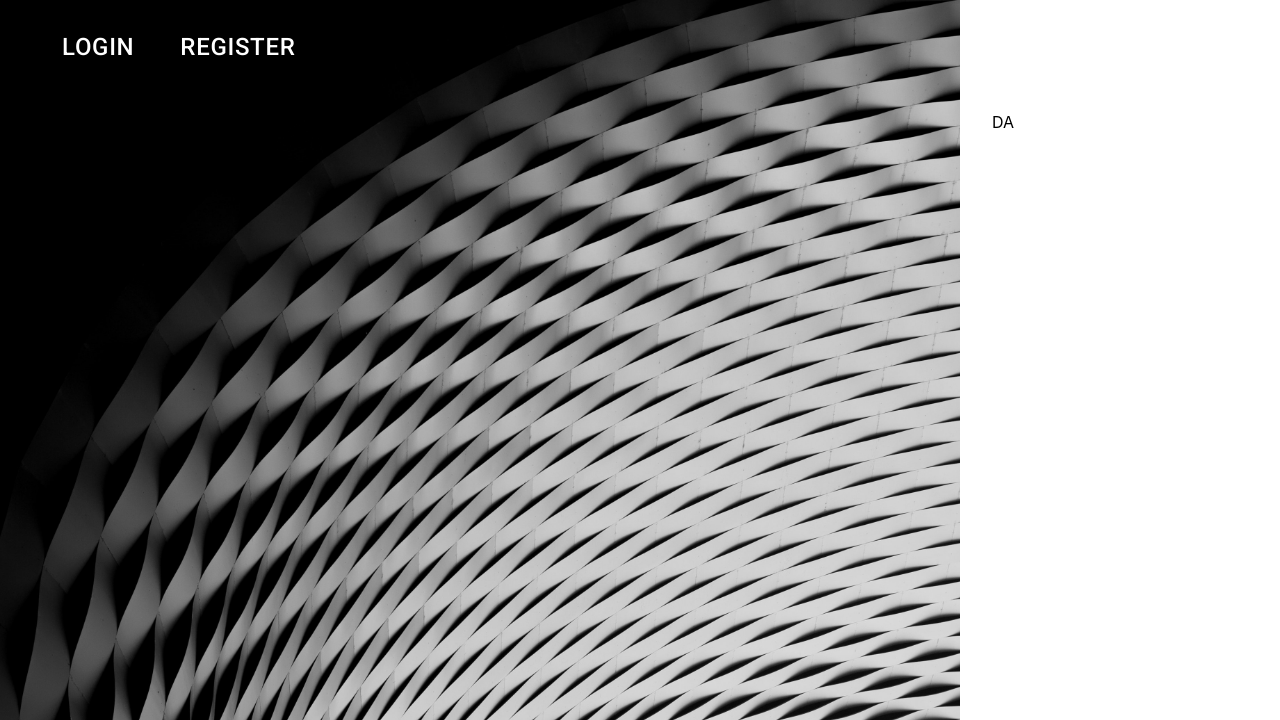
Repository: claudiuotea/FrontendAugmentator
Page: /account
The author's editor kept a copy of each file at every save. The page is drawn from the files as they stood at one save, then again after the next save.
The browser window is 1280 px wide. The pictures show the whole page.
The project was rebuilt for these pictures with package versions that can differ from the ones it lists, and the page was loaded fresh each time. Also part of the build but not shown: src/Services/AccountService.ts, src/Components/Login.tsx, src/Components/Register.tsx, src/Components/ForgotPassword.tsx, src/Components/ResetPassword.tsx, src/Components/VerifyAccount.tsx.

Above is the page before, as saved 2021-05-11 20:39:48.

### public/index.html
<!DOCTYPE html>
<html lang="en">
  <head>
    <meta charset="utf-8" />
    <link rel="icon" href="%PUBLIC_URL%/favicon.ico" />
    <meta name="viewport" content="width=device-width, initial-scale=1" />
    <link rel="stylesheet" href="https://fonts.googleapis.com/css?family=Roboto:300,400,500,700&display=swap" />
    <link rel="stylesheet" href="https://fonts.googleapis.com/icon?family=Material+Icons" />
    <meta name="theme-color" content="#000000" />
    <meta
      name="description"
      content="Web site created using create-react-app"
    />
    <link rel="apple-touch-icon" href="%PUBLIC_URL%/logo192.png" />
    <!--
      manifest.json provides metadata used when your web app is installed on a
      user's mobile device or desktop. See https://developers.google.com/web/fundamentals/web-app-manifest/
    -->
    <link rel="manifest" href="%PUBLIC_URL%/manifest.json" />
    <!--
      Notice the use of %PUBLIC_URL% in the tags above.
      It will be replaced with the URL of the `public` folder during the build.
      Only files inside the `public` folder can be referenced from the HTML.

      Unlike "/favicon.ico" or "favicon.ico", "%PUBLIC_URL%/favicon.ico" will
      work correctly both with client-side routing and a non-root public URL.
      Learn how to configure a non-root public URL by running `npm run build`.
    -->
    <title>React App</title>
  </head>
  <body>
    <noscript>You need to enable JavaScript to run this app.</noscript>
    <div id="root"></div>
    <!--
      This HTML file is a template.
      If you open it directly in the browser, you will see an empty page.

      You can add webfonts, meta tags, or analytics to this file.
      The build step will place the bundled scripts into the <body> tag.

      To begin the development, run `npm start` or `yarn start`.
      To create a production bundle, use `npm run build` or `yarn build`.
    -->
  </body>
</html>

### src/App.tsx
import './App.css';
import { AppRoutes } from './Routes/AppRoutes';

function App() {
  return (
    <AppRoutes/>
  );
}

export default App;

### src/App.css
*{
  margin:0;
  padding:0;
}

.App {
  text-align: center;
}

.App-logo {
  height: 40vmin;
  pointer-events: none;
}

@media (prefers-reduced-motion: no-preference) {
  .App-logo {
    animation: App-logo-spin infinite 20s linear;
  }
}

.App-header {
  background-color: #282c34;
  min-height: 100vh;
  display: flex;
  flex-direction: column;
  align-items: center;
  justify-content: center;
  font-size: calc(10px + 2vmin);
  color: white;
}

.App-link {
  color: #61dafb;
}

@keyframes App-logo-spin {
  from {
    transform: rotate(0deg);
  }
  to {
    transform: rotate(360deg);
  }
}

### src/Routes/AppRoutes.tsx
import React from "react";
import { Suspense } from "react";
import { Login } from "../Components/Login";
import { BrowserRouter as Router, Switch, Route } from "react-router-dom";
import { Register } from "../Components/Register";
import { ForgotPassword } from "../Components/ForgotPassword";
import { ResetPassword } from "../Components/ResetPassword";
import { VerifyAccount } from "../Components/VerifyAccount";
import { NavbarNotLogged } from "../Components/NavbarNotLoggedIn";
import { Account } from "../Components/Accounts";

export const AppRoutes: React.FunctionComponent<{}> = () => {
  return (
    <Router>
      <NavbarNotLogged/>
      <Suspense fallback={<div>Loading...</div>}>
        <Switch>
          <Route path="/account">
            <Account/>
          </Route>
          <Route path="/login">
            <Login />
          </Route>
          <Route path="/register">
            <Register />
          </Route>
          <Route path="/forgotpass">
             <ForgotPassword/>
          </Route>
          <Route path="/resetpass">
             <ResetPassword/>
          </Route>
          <Route path="/verifyaccount">
             <VerifyAccount/>
          </Route>
        </Switch>
      </Suspense>
    </Router>
  );
};

### src/Components/NavbarNotLoggedIn.tsx
import React from "react";
import { makeStyles } from "@material-ui/core/styles";
import AppBar from "@material-ui/core/AppBar";
import Toolbar from "@material-ui/core/Toolbar";
import Typography from "@material-ui/core/Typography";
import Button from "@material-ui/core/Button";
import IconButton from "@material-ui/core/IconButton";
import MenuIcon from "@material-ui/icons/Menu";
import { Link } from "react-router-dom";

const useStyles = makeStyles((theme) => ({
  root: {
    flexGrow: 1,
  },
  menuButton: {
    fontSize: 24,
    marginLeft: 15,
    marginRight: 15,
  },
  title: {
    flexGrow: 1,
  },
  appBar: {
    padding: 15,
    backgroundColor: "transparent",
    boxShadow: "none",
  },

  link:{
     textDecoration:"none",
     color:"white"
  }
}));

export const NavbarNotLogged: React.FunctionComponent<{}> = () => {
  //incarca CSS-ul
  const classes = useStyles();

  return (
    <AppBar position="fixed" className={classes.appBar}>
      <Toolbar>
        <Button color="inherit" className={classes.menuButton}>
          <Link className={classes.link} to="/login">Login</Link>
        </Button>
        <Button color="inherit" className={classes.menuButton}>
          <Link className={classes.link} to="/register">Register</Link>
        </Button>
      </Toolbar>
    </AppBar>
  );
};

### src/Components/Accounts.tsx
import { Button, Grid, makeStyles, TextField } from "@material-ui/core";
import Image from '../Images/bg.jpg';
//Creez un obiect CSS
const useStyles = makeStyles((theme) => ({
   root: {
     flexGrow: 1,
   },
   //100% inaltimea paginii
   gridItem: {
     height: "100vh",
   },
   //adauga niste spatiu si centreaza-le
   form: {
      margin: theme.spacing(4),
      verticalAlign:"middle",
      marginTop:"35%"
   }
 }));

export const Account: React.FunctionComponent<{}> = () => {
  //instantiez obiectul
  const classes = useStyles();

   return (
    //impart ecranul in 2 coloane
    <div className={classes.root + classes.gridItem}>
      <Grid container className={classes.gridItem}>
        <Grid item xs={12} sm={9} style={{backgroundImage:  `url(${Image})`, backgroundRepeat:"no-repeat", backgroundSize:"cover"}}>
           de
        </Grid>
        <Grid item xs={12} sm={3}>
          <div className={classes.form}>
            DA
          </div>
        </Grid>
      </Grid>
    </div>
  );
};

Loaded but not shown: src/index.tsx (common file); src/index.css (common file); src/reportWebVitals.ts (common file)

After the next save:
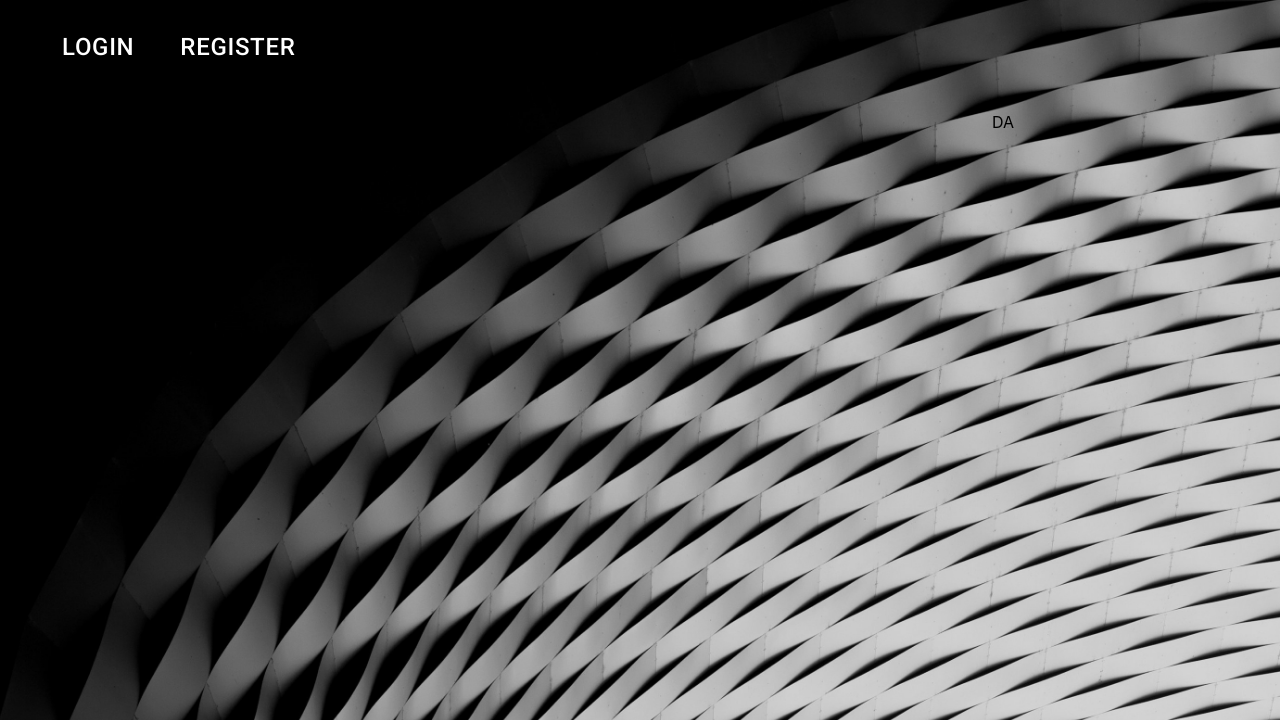
Saved 3 min 14 s later.
--- a/src/Components/Accounts.tsx
+++ b/src/Components/Accounts.tsx
@@ -23,9 +23,9 @@
 
    return (
     //impart ecranul in 2 coloane
-    <div className={classes.root + classes.gridItem}>
+    <div className={classes.root + classes.gridItem} style={{backgroundImage:  `url(${Image})`, backgroundRepeat:"no-repeat", backgroundSize:"cover"}}>
       <Grid container className={classes.gridItem}>
-        <Grid item xs={12} sm={9} style={{backgroundImage:  `url(${Image})`, backgroundRepeat:"no-repeat", backgroundSize:"cover"}}>
+        <Grid item xs={12} sm={9} >
            de
         </Grid>
         <Grid item xs={12} sm={3}>

After the save that followed:
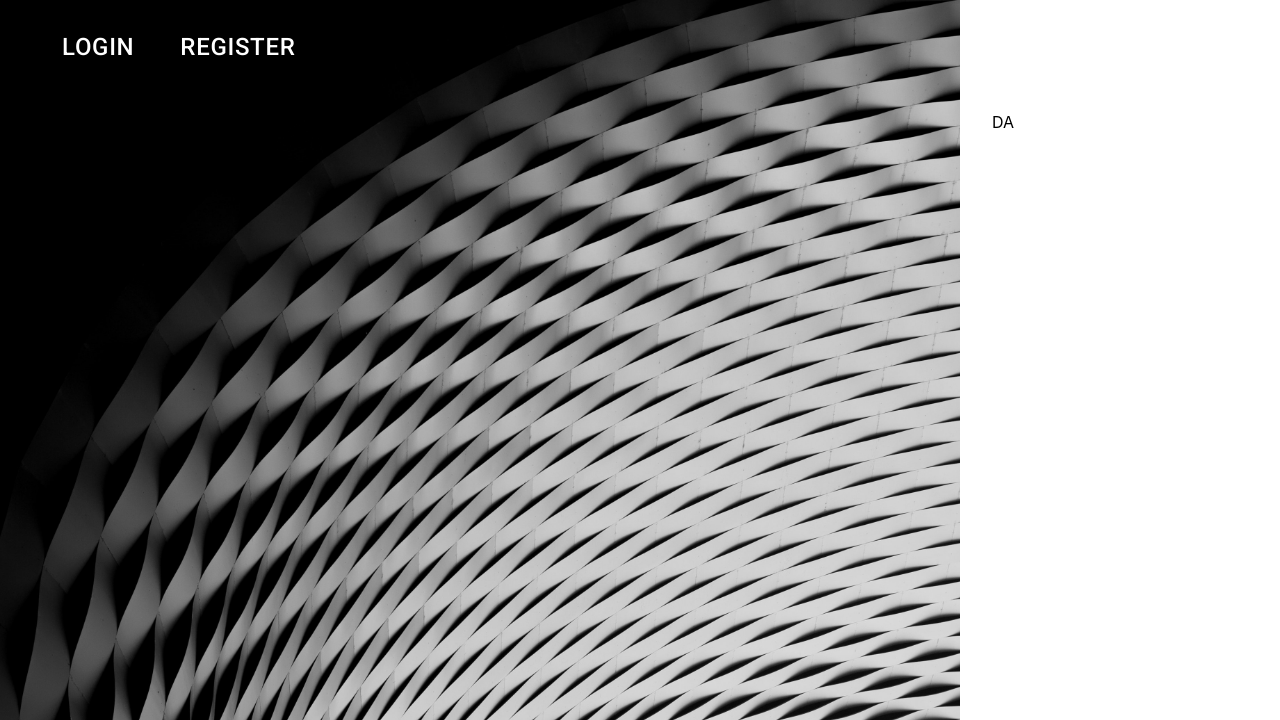
Saved 29 s later.
--- a/src/Components/Accounts.tsx
+++ b/src/Components/Accounts.tsx
@@ -23,9 +23,9 @@
 
    return (
     //impart ecranul in 2 coloane
-    <div className={classes.root + classes.gridItem} style={{backgroundImage:  `url(${Image})`, backgroundRepeat:"no-repeat", backgroundSize:"cover"}}>
+    <div className={classes.root + classes.gridItem}>
       <Grid container className={classes.gridItem}>
-        <Grid item xs={12} sm={9} >
+        <Grid item xs={12} sm={9} style={{backgroundImage:  `url(${Image})`, backgroundRepeat:"no-repeat", backgroundSize:"cover"}}>
            de
         </Grid>
         <Grid item xs={12} sm={3}>
